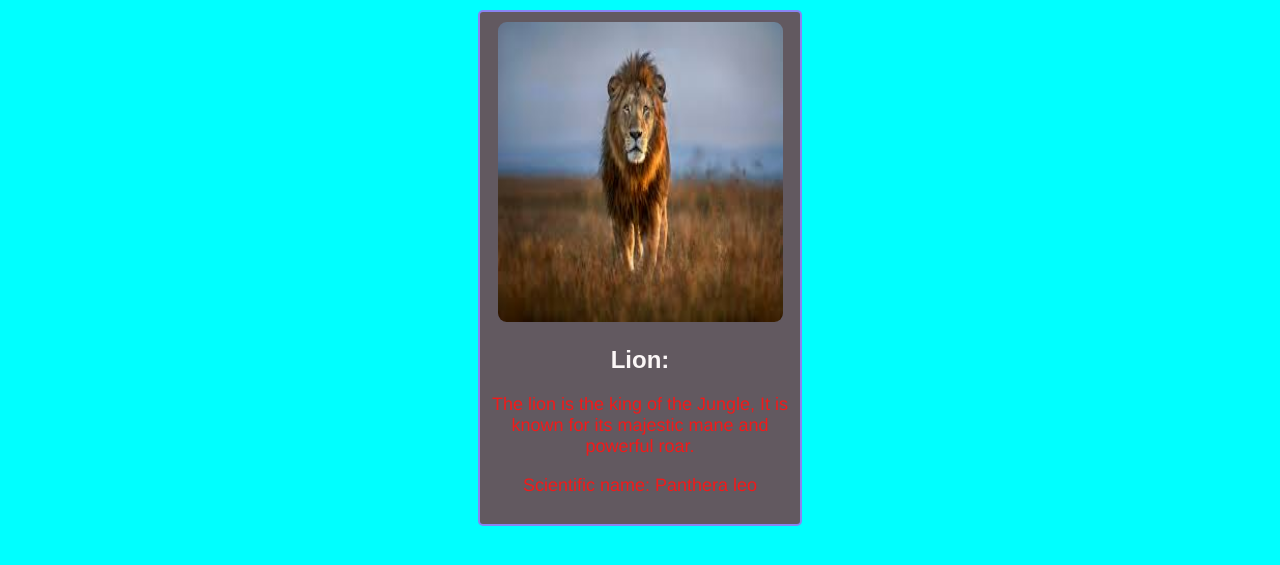
Repository: KingBoyMaylow/Animal-trading-card
Page: index.html
An editor plug-in stored every save of this project. The page is shown before and after the next save, followed by the edit.
The browser window is 1280 px wide. The pictures show the whole page.

Above is the page before, as saved 2024-05-13 22:23:44.

After the next save:
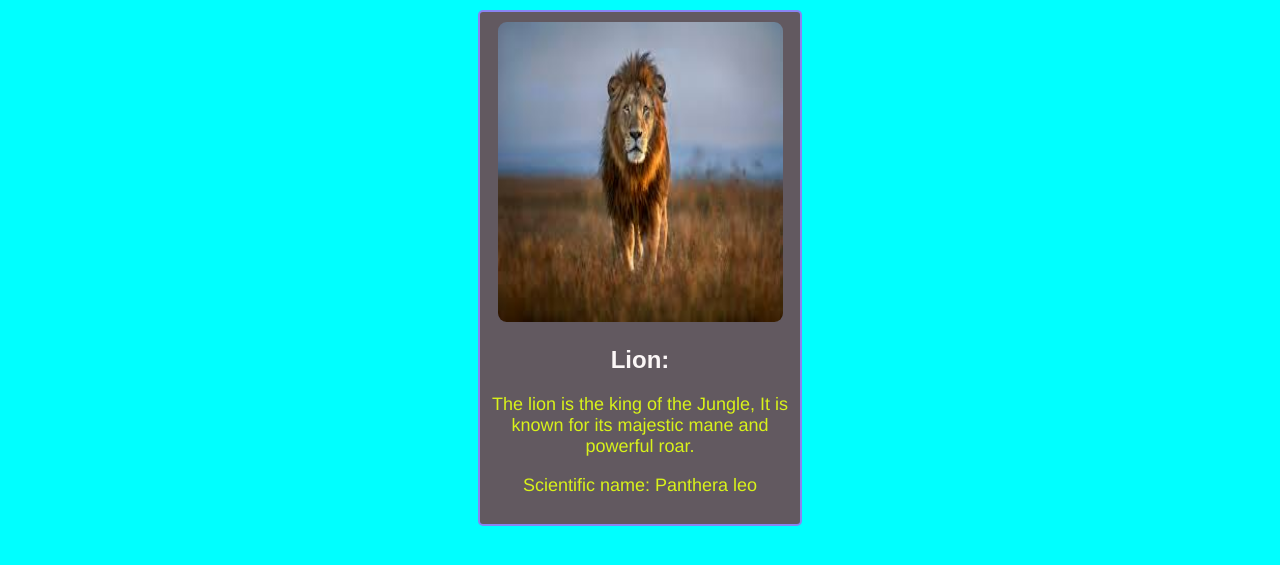
Saved 23 s later.
--- a/index.html
+++ b/index.html
@@ -29,7 +29,7 @@
         color: #fcf7f7;
     }
     .card p {
-        color: #f21a1a;
+        color: #d9f21a;
         font-size: large;
         font-family: 'Franklin Gothic Medium', 'Arial Narrow', Arial, sans-serif;
     }
